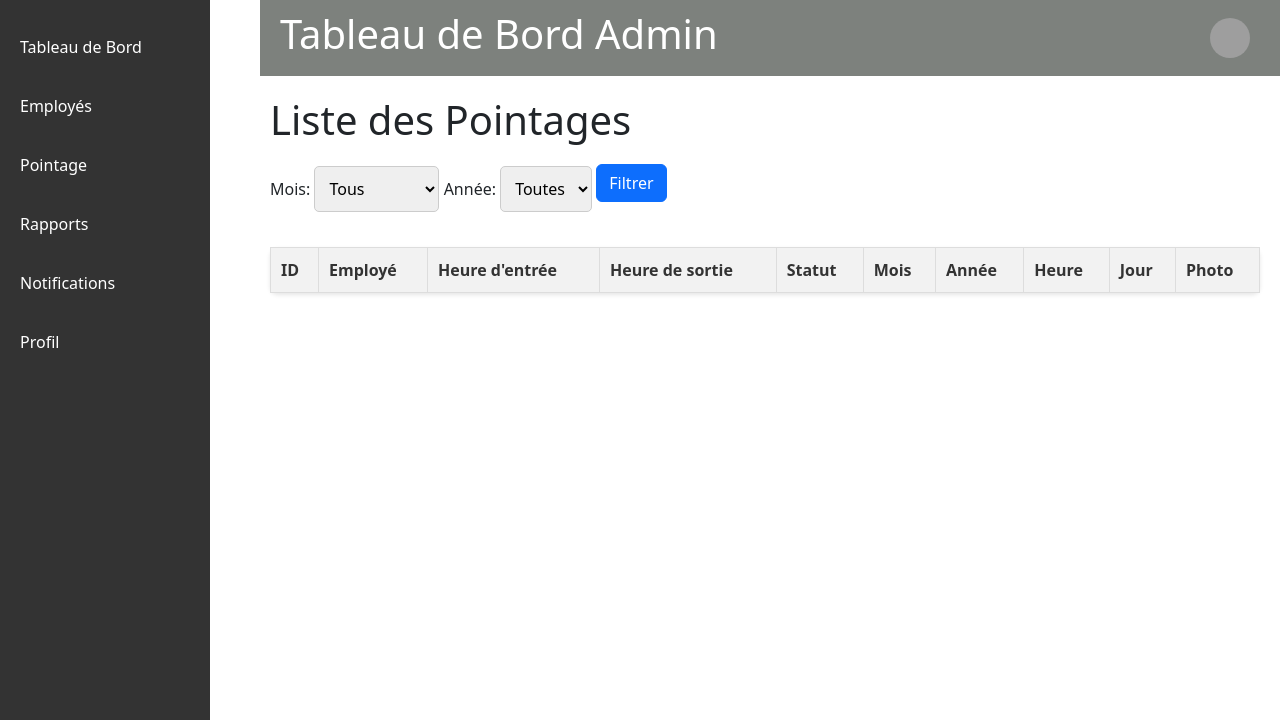
Repository: safa39652/projet-de-developpement-
Page: templates/pointage/liste.html.twig
An editor plug-in stored every save of this project. The page is shown before and after the next save, followed by the edit.
The browser window is 1280 px wide. The pictures show the whole page.
Pictures or frames that could not be fetched are drawn as grey boxes. Some web libraries are served in a nearby version. The page is a Twig template of a Symfony application; nobody is signed in and links lead nowhere. The template is opened directly, without the code that normally fills it, so the values that code supplies are empty.

Above is the page before, as saved 2024-12-27 22:34:06.

After the next save:
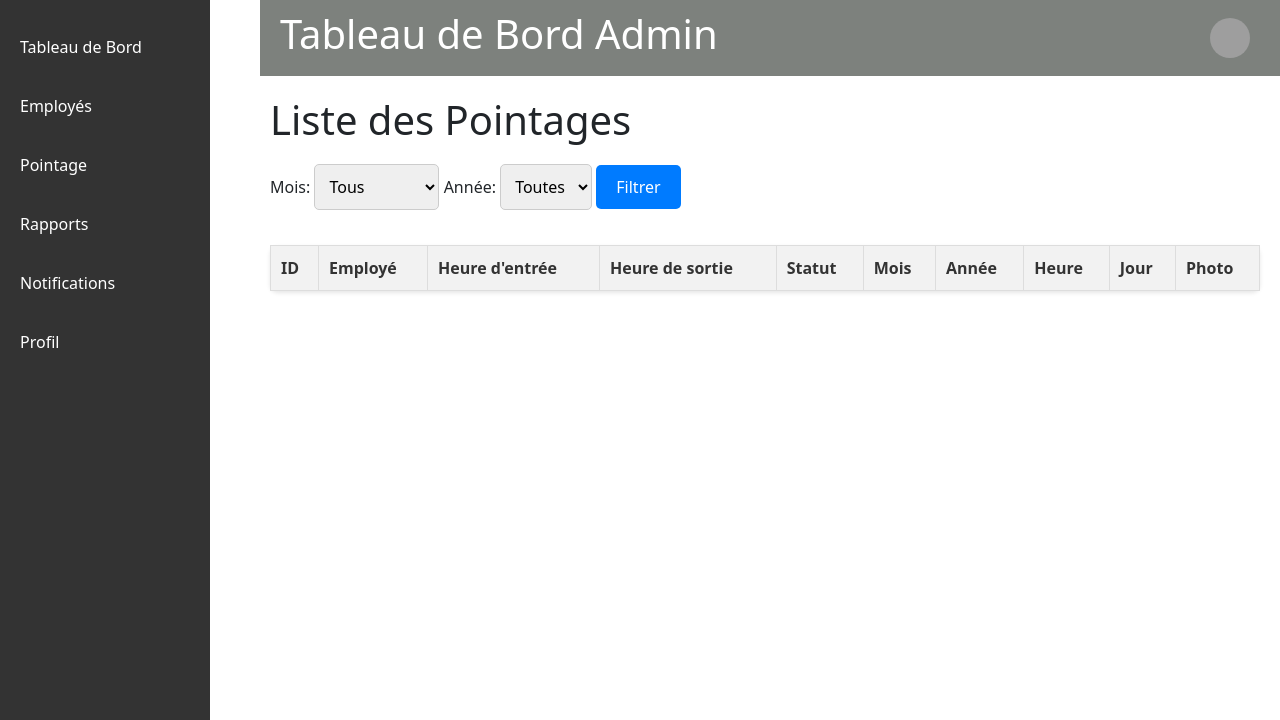
Saved 38 s later.
--- a/templates/pointage/liste.html.twig
+++ b/templates/pointage/liste.html.twig
@@ -72,7 +72,7 @@
             </select>
         </div>-->
 
-        <button type="submit" class="btn btn-primary">Filtrer</button>
+        <button type="submit" class="custom-button">Filtrer</button>
     </form>
 </div>
 
